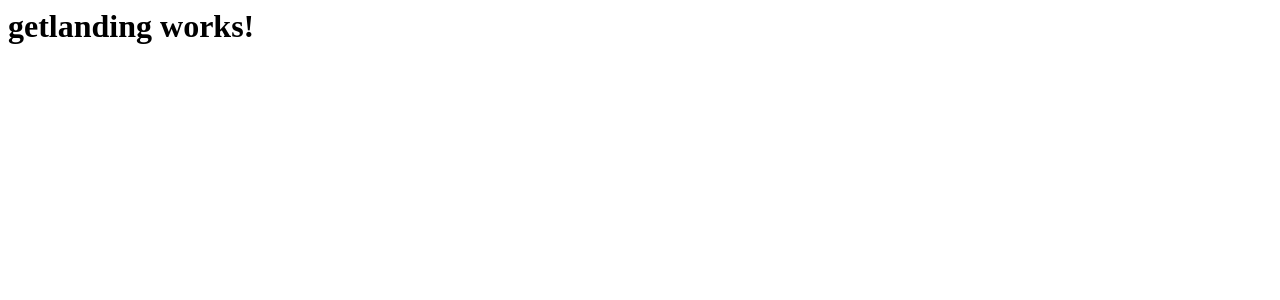
Repository: 2502-feb25-java-org/tiffany
Page: hello-servlets/src/main/webapp/WEB-INF/partials/Landing.html
The author's editor kept a copy of each file at every save. The page is drawn from the files as they stood at one save, then again after the next save.
The browser window is 1280 px wide. The pictures show the whole page.

Above is the page before, as saved 2019-03-21 16:11:38.

### hello-servlets/src/main/webapp/WEB-INF/partials/Landing.html
<h1>getlanding works!</h1>

After the next save:
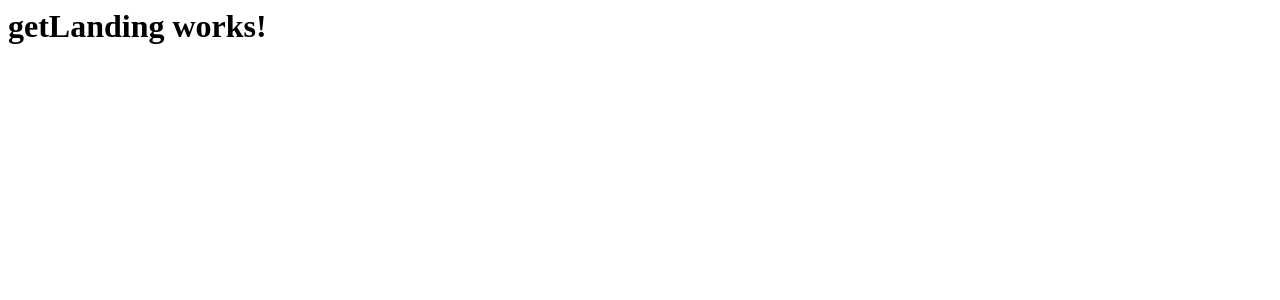
Saved 47 s later.
--- a/hello-servlets/src/main/webapp/WEB-INF/partials/Landing.html
+++ b/hello-servlets/src/main/webapp/WEB-INF/partials/Landing.html
@@ -1 +1 @@
-<h1>getlanding works!</h1>
+<h1>getLanding works!</h1>
